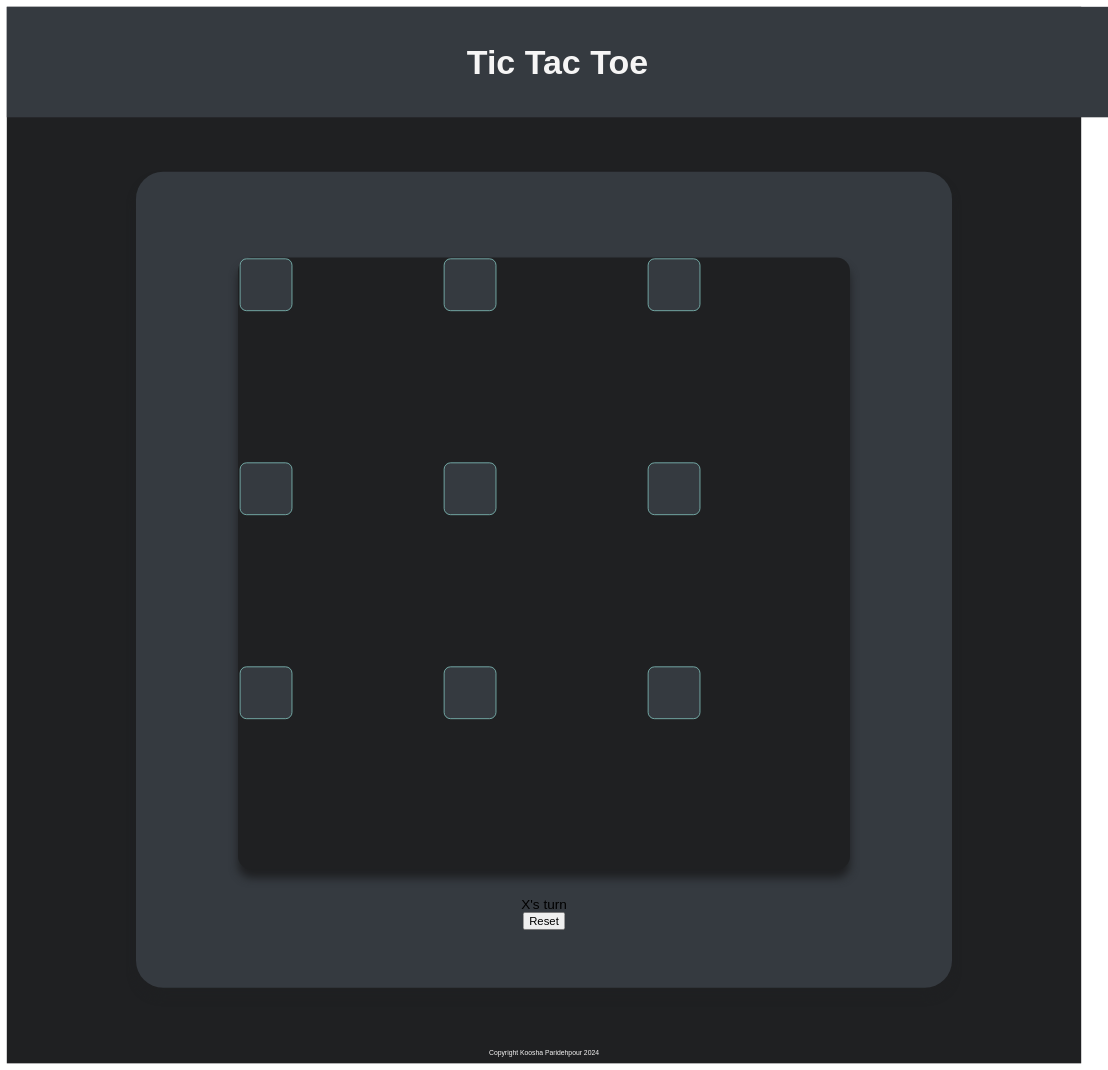
Repository: KooshaPari/odin-TTT
Page: index.html
An editor plug-in stored every save of this project. The page is shown before and after the next save, followed by the edit.
The browser window is 1280 px wide. The page is 1304 px wide, so the pictures cover 1304 px, including what lies to the right of the window. The pictures show the whole page, at 85% of full size.

Above is the page before, as saved 2024-03-14 22:52:43.

After the next save:
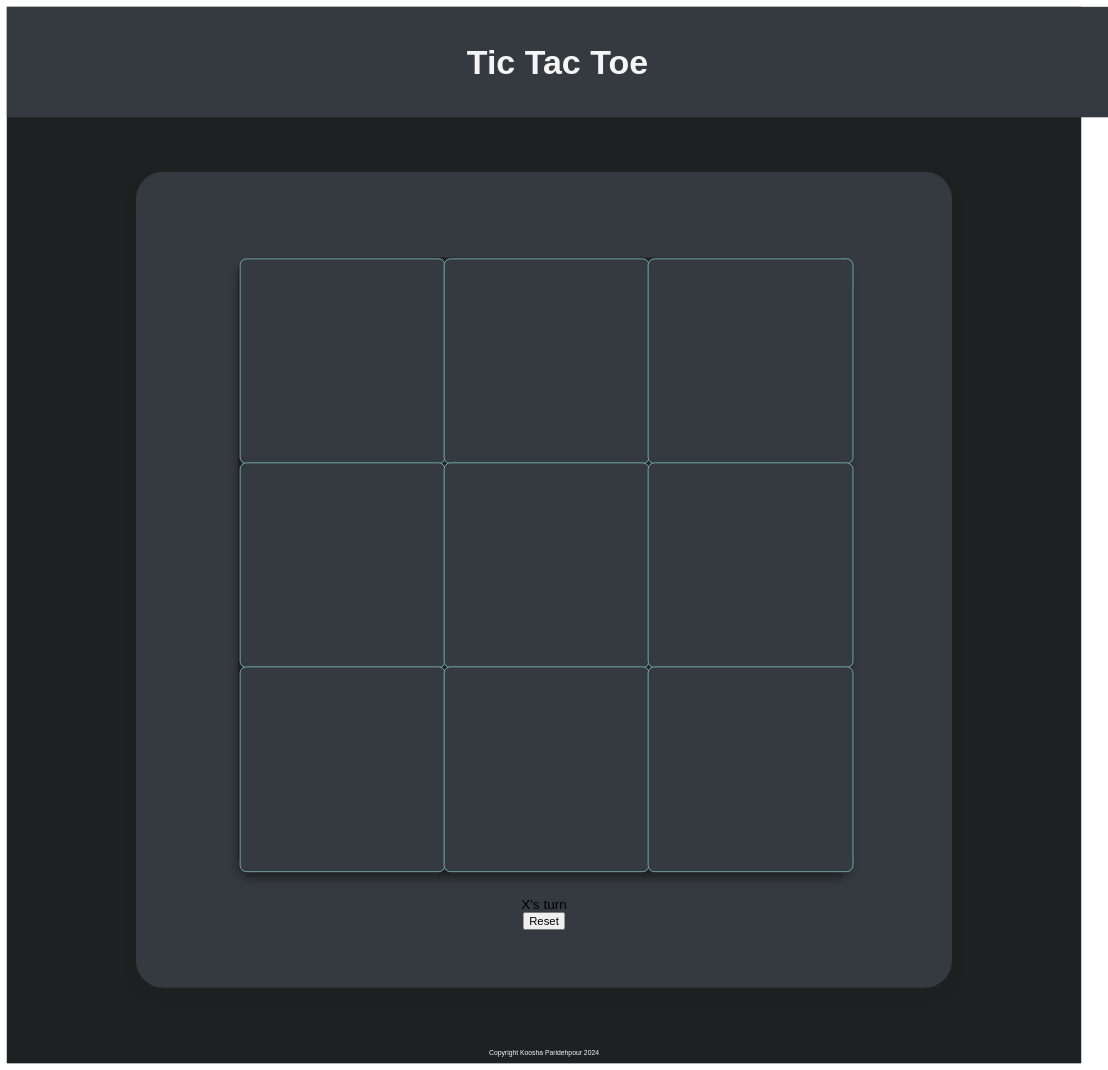
Saved 16 s later.
--- a/style.css
+++ b/style.css
@@ -102,8 +102,8 @@
 .square {
   border: 0.1px solid #7ebab5;
   margin: 0.1em;
-  width: 25%;
-  height: 25%;
+  width: 100%;
+  height: 100%;
   background-color: #353a40;
   border-radius: 0.5em;
   -webkit-border-radius: 0.5em;
